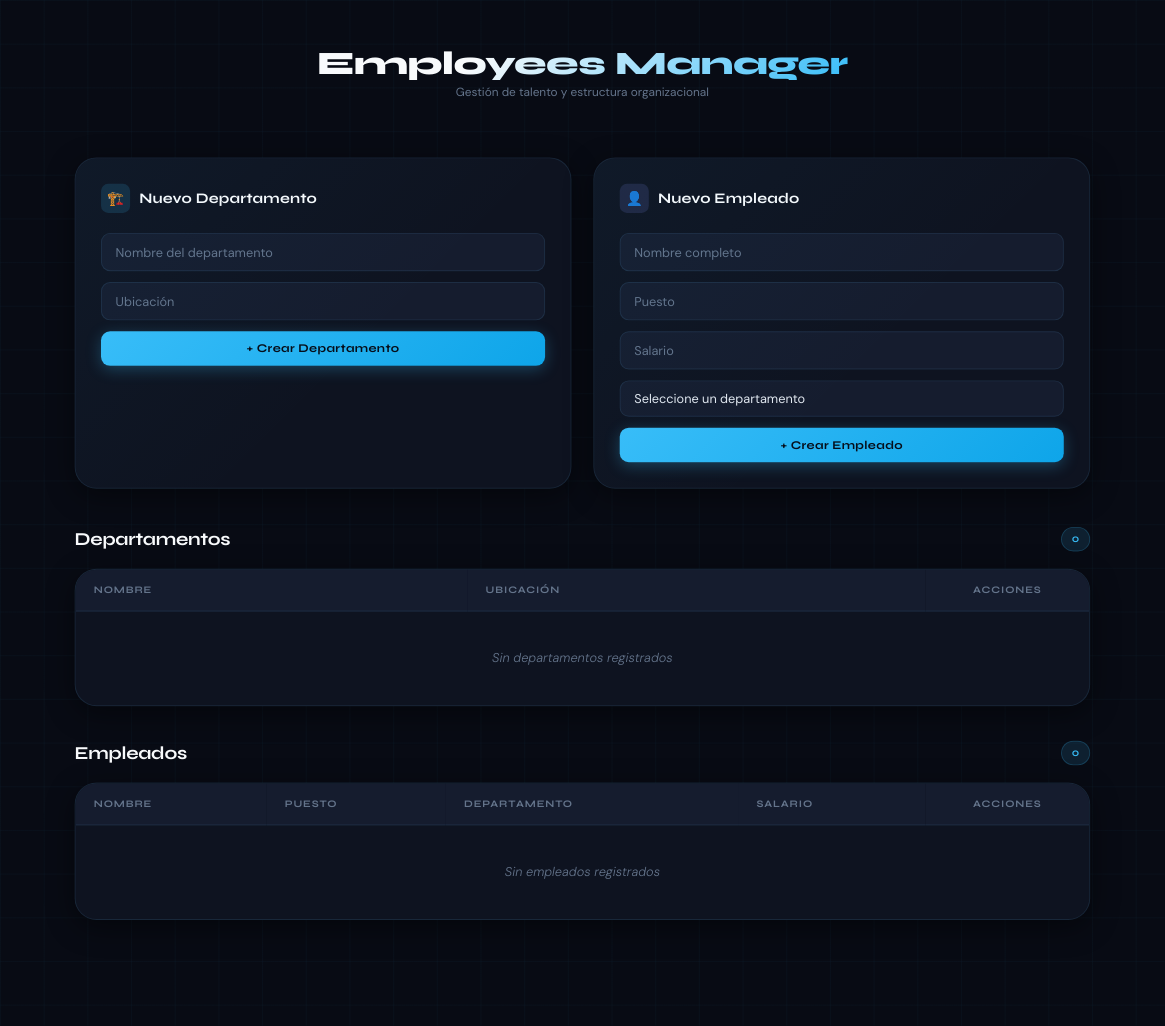
Repository: AnaSofiaRosero/parcial-4
Page: /
These files come from the project's save history. The page is drawn as it stood at one moment and after the next save; the edit follows.
The browser window is 1280 px wide. The pictures show the whole page, at 91% of full size.
The project was rebuilt for these pictures with package versions that can differ from the ones it lists, and the page was loaded fresh each time. Also part of the build but not shown: vite.config.ts, src/index.css.

Above is the page before, as saved 2026-06-02 14:29:41.
Console error: TypeError: Cannot read properties of undefined (reading 'from')

After the next save:
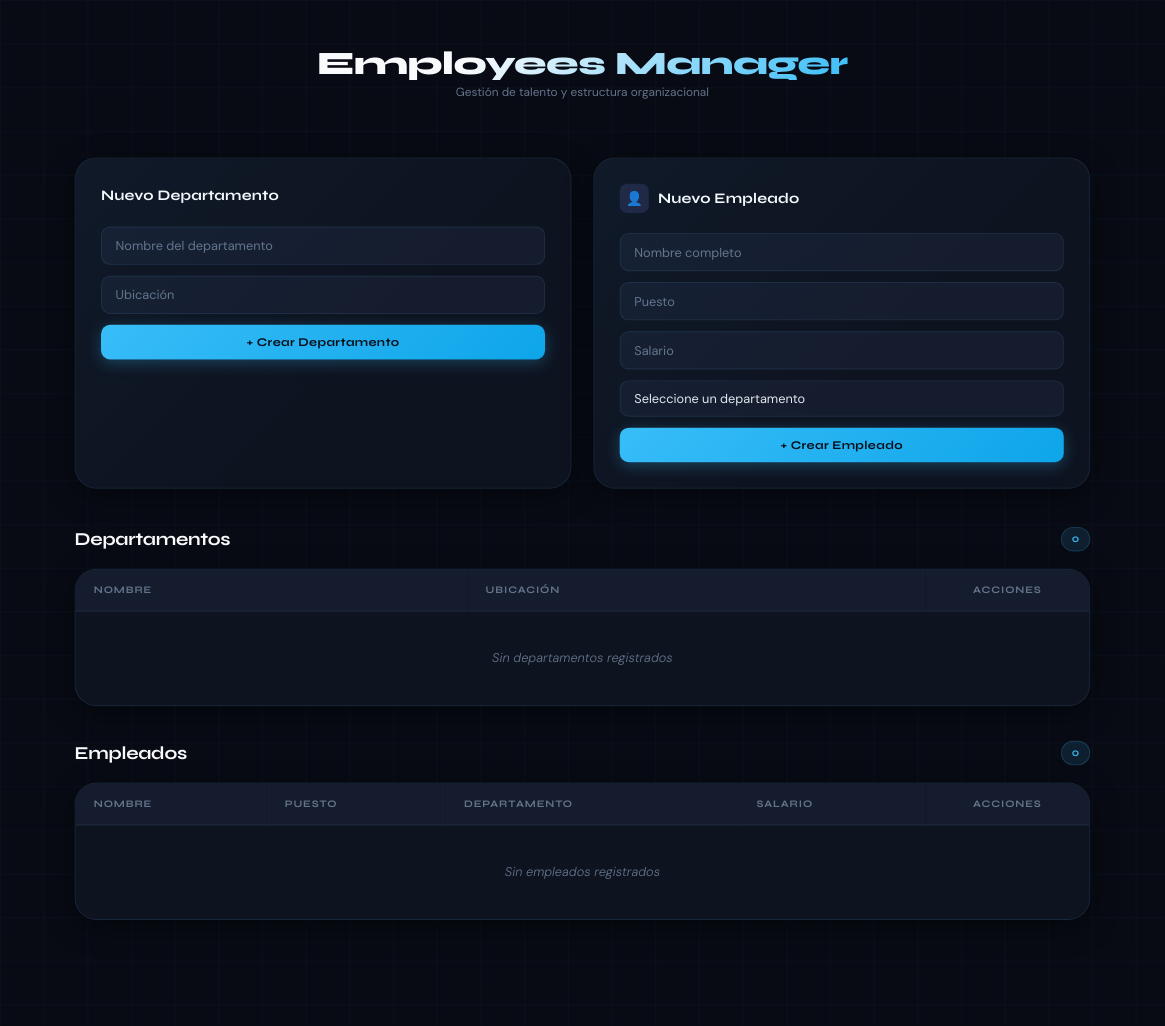
Saved 70 s later.
--- a/src/App.tsx
+++ b/src/App.tsx
@@ -136,7 +136,6 @@ function App() {
 
         <div className="section">
           <div className="section-header">
-            <div className="section-icon teal">🏗️</div>
             <h2>Nuevo Departamento</h2>
           </div>
           <div className="form">
